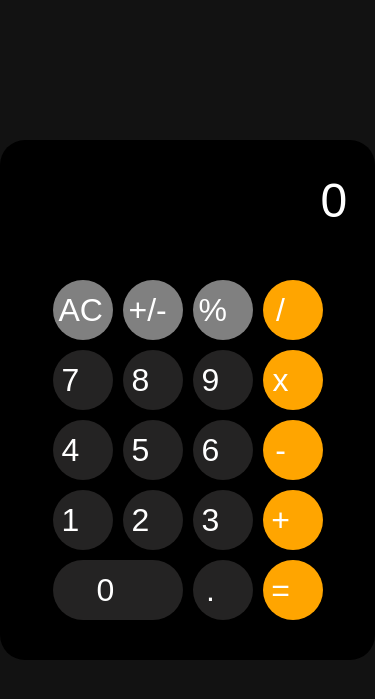
Repository: EguJaredoBoyd/IgHub
Page: mId-week-project/index.html
These files come from the project's save history. The page is drawn as it stood at one moment and after the next save; the edit follows.
The browser window is 375 px wide. The pictures show the whole page.

Above is the page before, as saved 2025-03-01 22:04:38.

### mId-week-project/index.html
<!DOCTYPE html>
<html lang="en">
<head>
    <meta charset="UTF-8">
    <meta name="viewport" content="width=device-width, initial-scale=1.0">
    <title>Document</title>
    <link rel="stylesheet" href="./styles.css">
    <script src="./script-two.js" defer></script>
</head>
<body>

    <div id="calculator" >
        <input id="display" readonly>
        <div id="keys">
            <button onclick="clearDisplay()"class="signs">AC</button>
            <button onclick="appendToDisplay('+/-')" class="signs">+/-</button>
            <button onclick="appendToDisplay('%')" class="signs">%</button>
            <button onclick="appendToDisplay('/')" class="operator-btn">/</button>
            <button onclick="appendToDisplay('7')">7</button>
            <button onclick="appendToDisplay('8')">8</button>
            <button onclick="appendToDisplay('9')">9</button>
            <button onclick="appendToDisplay('*')"class="operator-btn">x</button>
            <button onclick="appendToDisplay('4')">4</button>
            <button onclick="appendToDisplay('5')">5</button>
            <button onclick="appendToDisplay('6')">6</button>
            <button onclick="appendToDisplay('-')"class="operator-btn">-</button>
            <button onclick="appendToDisplay('1')">1</button>
            <button onclick="appendToDisplay('2')">2</button>
            <button onclick="appendToDisplay('3')">3</button>
            <button onclick="appendToDisplay('+')"class="operator-btn">+</button>
            <button onclick="appendToDisplay('0')" class="zero">0</button>
            <button onclick="appendToDisplay('.')">.</button>
            <button onclick="calculate()"class="operator-btn">=</button>
        </div>
    </div>

</body>
</html>

### mId-week-project/styles.css
/* Base styles for all screen sizes */
body {
    margin: 0;
    padding: 0;
    display: flex;
    justify-content: center;
    align-items: center;
    min-height: 100vh;
    /* Ensures full viewport height */
    background-color: #121212;
    overflow: auto;
    /* Allows scrolling if needed */
}

/* Ensures content is properly centered and scrollable */
#calculator {
    display: flex;
    flex-direction: column;
    align-items: center;
    justify-content: space-between;
    max-width: 500px;
    width: 90%;
    padding: 20px;
    background-color: black;
    border-radius: 25px;
    overflow: hidden;
    margin: 20px 0;
    /* Prevents it from sticking to the top */
}

#display {
    width: 90%;
    height: 100px;
    /* Ensuring enough space */
    padding: 20px;
    font-size: 5rem;
    text-align: right;
    border: none;
    background-color: black;
    color: white;
}

/* Button Styling */
button {
    width: 100px;
    height: 100px;
    border: none;
    background-color: rgb(36, 35, 35);
    color: white;
    font-size: 3rem;
    font-weight: lighter;
    cursor: pointer;
    border-radius: 50%;
    /* Ensuring all buttons (except zero) stay circular */
}

#keys {
    display: grid;
    grid-template-columns: repeat(4, 1fr);
    gap: 20px;
    padding: 30px;
}

#keys button.zero {
    grid-column: 1 / span 2;
    width: 100%;
    border-radius: 50px;
}

/* Button Interaction */
button:hover {
    background-color: gray;
}

button:active {
    background-color: white;
}

/* Special button colors */
.operator-btn {
    background-color: orange;
}

.signs {
    background-color: gray;
}

/* Responsive Design: Scaling down properly for smaller screens */
@media (max-width: 768px) {
    button {
        width: 80px;
        height: 80px;
        font-size: 2.5rem;
        padding-right: 10px;

    }

    #calculator {
        max-width: 400px;
        padding: 15px;
    }

    #display {
        font-size: 4rem;
        padding: 20px;
        height: 80px;
        /* Adjust display size for smaller screens */
    }

}

@media (max-width: 480px) {
    button {
        width: 60px;
        height: 60px;
        font-size: 2rem;
        padding-right: 30px;
    }

    #keys {
        gap: 10px;
    }

    #display {
        font-size: 3rem;
        padding: 15px;
        height: 70px;
        /* Adjust display size for mobile */
    }

    #calculator {
        width: 95%;
        padding: 10px;
    }
}

### mId-week-project/script-two.js
let display = document.getElementById("display");
let currentInput = "";
let operator = "";
let firstOperand = null;

function appendToDisplay(value) {
    if (value === "+/-") {
        currentInput = currentInput ? String(-parseFloat(currentInput)) : "";
    } else if (value === "%") {
        currentInput = currentInput ? String(parseFloat(currentInput) / 100) : "";
    } else if (["+", "-", "*", "/"].includes(value)) {
        if (firstOperand === null) {
            firstOperand = parseFloat(currentInput);
            operator = value;
            currentInput = "";
        } else if (currentInput !== "") {
            calculate();
            operator = value;
        }
    } else {
        currentInput += value;
    }
    updateDisplay();
}

function updateDisplay() {
    display.value = currentInput || firstOperand || "0";
}

function clearDisplay() {
    currentInput = "";
    operator = "";
    firstOperand = null;
    updateDisplay();
}

function calculate() {
    if (firstOperand !== null && operator && currentInput !== "") {
        let secondOperand = parseFloat(currentInput);
        switch (operator) {
            case "+":
                firstOperand += secondOperand;
                break;
            case "-":
                firstOperand -= secondOperand;
                break;
            case "*":
                firstOperand *= secondOperand;
                break;
            case "/":
                firstOperand = secondOperand !== 0 ? firstOperand / secondOperand : "Error";
                break;
        }
        currentInput = "";
        operator = "";
        updateDisplay();
    }
}

// Initialize display
updateDisplay();

After the next save:
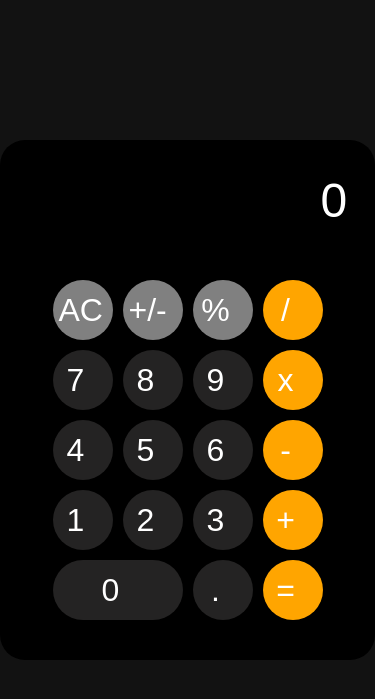
Saved 15 s later.
--- a/mId-week-project/styles.css
+++ b/mId-week-project/styles.css
@@ -114,7 +114,7 @@ button:active {
         width: 60px;
         height: 60px;
         font-size: 2rem;
-        padding-right: 30px;
+        padding-right: 20px;
     }
 
     #keys {
